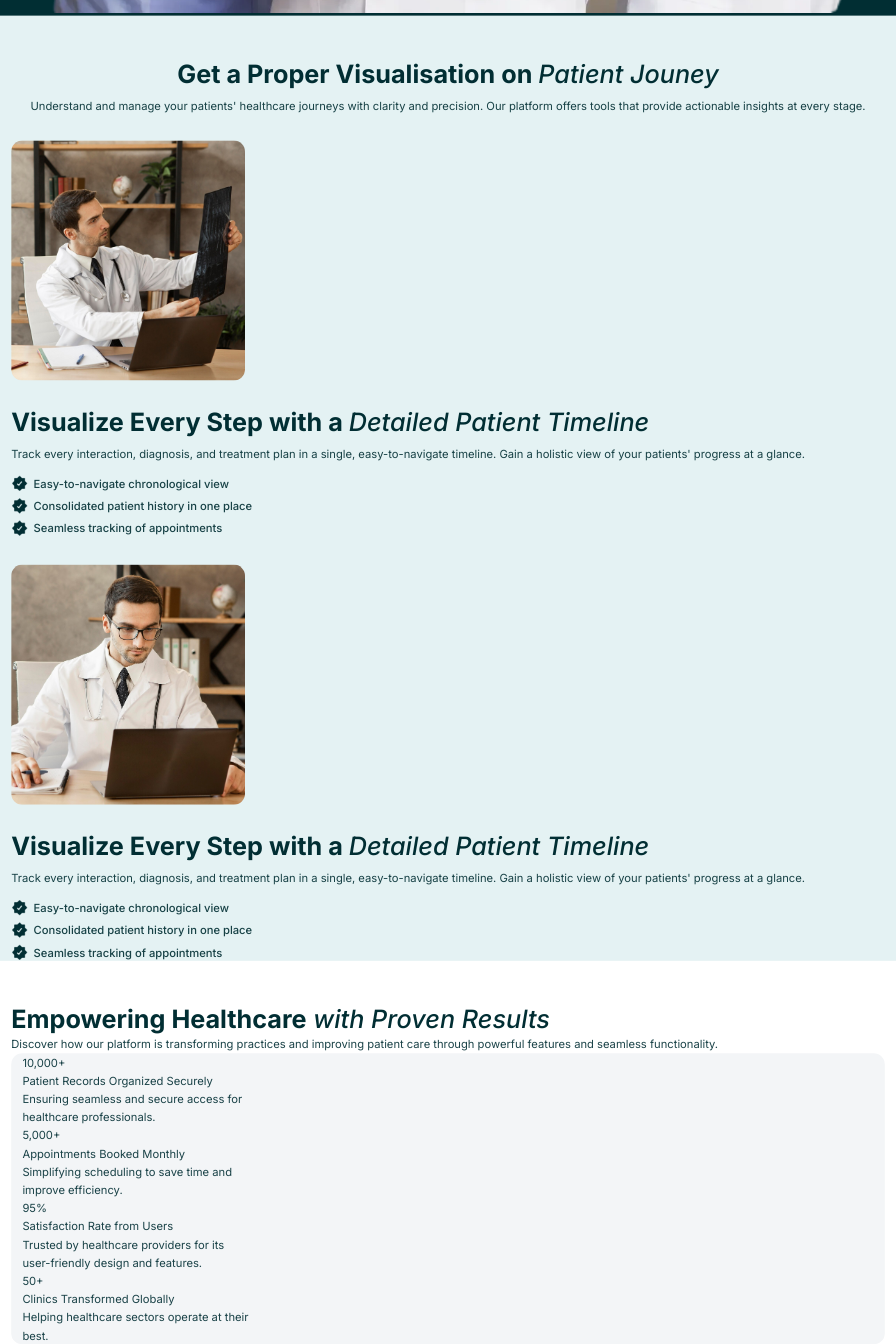
Repository: DiegoWWeege/recuperacao-prova-front-end
Page: index.html
An editor plug-in stored every save of this project. The page is shown before and after the next save, followed by the edit.
The browser window is 1280 px wide. The pictures show the part of the page from y = 1392 to 3312 px (the page is 3312 px tall), at 70% of full size.

Above is the page before, as saved 2026-06-22 18:51:19.

### index.html
<!DOCTYPE html>
<html lang="pt-br">
<head>
    <meta charset="UTF-8">
    <meta name="viewport" content="width=device-width, initial-scale=1.0">
    <title>ERTIFY HEALTH</title>
    <link rel="stylesheet" href="style.css">
</head>
<body>

    <!--Cabeçalho da Lading Page-->

    <header>
        <img src="images/logo.png" alt="Ertify Health logo">

        <section>
        <button aria-label = "Get Started" class = "get-started-button">Get Started</button>

            <img src="icons/burguer-menu.png" alt="Burguer menu">
        </section>
    </header>

    <!--Conteúdo principal da Lading Page-->
    <main class = "hero-section">

        <section>
            <h1>Simple & Secure Patient <span>Management</span></h1>
            <!-- Foi dado um espaço na palavra &amp, pois quando junta apresentava erro no html!-->
            <p>CERTIFY’s platform automates intake & amp; check-in processes
            so you can put the focus back on delivering quality care.</p>
        </section>

        <section id = "buttons-section">
            <button  aria-label = "Get Started" class = "get-started-button">Get Started</button>
            <button aria-label = "Play demo" class = "play-demo-button">Play Demo</button>
        </section>

        <img src="images/three-doctors.png" alt="Three doctors">
    </main>



    <section class = "section-patient-journey">
        <h2>Get a Proper Visualisation on <span>Patient Jouney</span></h2>

        <p>Understand and  manage your patients' healthcare journeys with
            clarity and precision. Our platform offers tools that provide
            actionable insights at every stage.</p>


        <section class = "image-text-benefits">

            <img src="images/doctor-xray.png" alt="A doctor sitting in his desk looking at an x-ray">

            <h2>Visualize Every Step with a <span>Detailed Patient Timeline</span></h2>

            <p>Track every interaction, diagnosis, and treatment
                plan in a single, easy-to-navigate
                timeline. Gain a holistic view of your patients'
                progress at a glance.</p>

            <section class = "benefits-grid">

                <img src="icons/checkmark-badge-02.png" alt="">
                <p class = "benefit">Easy-to-navigate chronological view</p>

                <img src="icons/checkmark-badge-02.png" alt="">
                <p class = "benefit">Consolidated patient history in one place</p>

                <img src="icons/checkmark-badge-02.png" alt="">
                <p class = "benefit">Seamless tracking of appointments</p>

            </section>

        </section>

        <section class = "image-text-benefits">

            <img src="images/doctor-laptop.png" alt="A doctor sitting in his desk looking at an x-ray">

            <h2>Visualize Every Step with a <span>Detailed Patient Timeline</span></h2>

            <p>Track every interaction, diagnosis, and treatment
                plan in a single, easy-to-navigate
                timeline. Gain a holistic view of your patients'
                progress at a glance.</p>

            <section class = "benefits-grid">

                <img src="icons/checkmark-badge-02.png" alt="">
                <p class = "benefit">Easy-to-navigate chronological view</p>

                <img src="icons/checkmark-badge-02.png" alt="">
                <p class = "benefit">Consolidated patient history in one place</p>

                <img src="icons/checkmark-badge-02.png" alt="">
                <p class = "benefit">Seamless tracking of appointments</p>

            </section>

        </section>

    </section>

    <section class = "section-empowering-healthcare">
        <h2>Empowering Healthcare<span> with Proven Results</span></h2>

        <p>Discover how our platform is transforming practices and improving
            patient care through powerful features and seamless functionality.</p>

        <section class = "boxes-grid">
            <section class = "first-box">
                <p>10,000+</p>
                <p>Patient Records Organized Securely</p>

                <p>Ensuring seamless and secure access for healthcare professionals.</p>
            </section>

            <section class = "second-box">
                <p>5,000+</p>
                <p>Appointments Booked Monthly</p>

                <p>Simplifying scheduling to save time and improve efficiency.</p>
            </section>

            <section class = "third-box">
                <p>95%</p>
                <p>Satisfaction Rate from Users</p>

                <p>Trusted by healthcare providers for its user-friendly design and features.</p>
            </section>

            <section class = "fourth-box">
                <p>50+</p>
                <p>Clinics Transformed Globally</p>

                <p>Helping healthcare sectors operate at their best.</p>
            </section>
        </section>

    </section>
</body>
</html>

### style.css
@import url('https://fonts.googleapis.com/css2?family=Inter:ital,opsz,wght@0,14..32,100..900;1,14..32,100..900&family=Roboto:ital,wght@0,100..900;1,100..900&display=swap');

*{
    margin: 0px;
    padding: 0px;
    font-family: 'Inter', sans-serif;
}

img{
    object-fit: cover;
}

header{
    background-color: #012E33;
    width: 100vw;
    border-bottom: 1px solid #1A4347;
    display: grid;
    grid-template-columns: 1fr auto;
    align-items: center;
    padding: 1rem;
    box-sizing: border-box;
}

.get-started-button{
    background-color: #0EB770;
    color: white;
    font-size: 1rem;
    font-weight: 500;
    border-radius: 100px;
    height: 2.5rem;
    width: 8.063rem;
    border-style: none;
    justify-self: end;

}

header section{
    display: grid;
    grid-template-columns:auto auto;
    align-items: center;
    gap: 1rem;
}

.hero-section{
    background-color: #012E33;
    padding-top: 4.313rem;
    box-sizing: border-box;
}

.hero-section h1{
    font-family: "Inter" , sans-serif;
    font-size: 2.75rem;
    font-weight: 700;
    color: white;
    margin-bottom: 0.75rem;
    margin-left: 1.375rem;
    margin-right: 0.625rem;

}

.hero-section span{
    font-weight: 400;
    font-family: "Inter" , sans-serif;
    font-style: italic;
}

.hero-section p{
    color: rgba(255, 255, 255, 0.904);
    line-height: 1.625rem;
    margin-bottom: 4.313rem;
    margin-left: 1.375rem;
    margin-right: 0.625rem;
}

.hero-section #buttons-section button{
    width: 21.438rem;
    height: 3.5rem;
    margin-left: 1.375rem;
    margin-right: 0.625rem;
}

.hero-section #buttons-section .get-started-button{
    margin-bottom: 1rem;
}

.hero-section #buttons-section .play-demo-button{
    border: 1px solid #044046;
    border-radius: 100px;
    background: none;
    color: white;
    align-items: center;
    font-weight: 500;
    font-size: 16px;
}

.hero-section img{
    width: 100vw;
    margin-top: 2rem;
}

.section-patient-journey{
    background-color: #E4F2F3;
    padding-left: 1rem;
    padding-right: 1rem;
    padding-top: 3.75rem;
}

.section-patient-journey h2{
    font-family: "Inter" , sans-serif;
    font-weight: 700;
    font-size: 36px;
    line-height: 46px;
    color: #012E33;
    text-align: center;
}

.section-patient-journey span{
    font-weight: 500;
    font-style: italic;
}

.section-patient-journey p{
    color: #012e33e7;
    font-weight: 400;
    text-align: center;
    margin-top: 0.75rem;
}

.section-patient-journey img{
    height: 21.438rem;
    width: 20.875rem;
    border-radius: 1rem;
    margin-top: 2.5rem;
    margin-bottom: 2rem;
}

.section-patient-journey .image-text-benefits h2{
    text-align: start;
}

.section-patient-journey .image-text-benefits p{
    text-align:  start;
}

.image-text-benefits .benefits-grid{
    display: grid;
    grid-template-columns: auto 1fr;
    gap: 0.5rem;
    margin-top: 1.313rem;

}

.image-text-benefits .benefits-grid img{
    width: 1.5rem;
    height: 1.5rem;
    margin: 0px;

}

.image-text-benefits .benefits-grid p{
    margin: 0px;
    align-self: center;
    font-weight: 500;
}

.section-empowering-healthcare h2{
    margin-top: 3.75rem;
    margin-left: 1rem;
    margin-bottom: 0,75rem;
    font-family: "Inter" , sans-serif;
    font-weight: 700;
    line-height: 46px;
    font-size: 36px;
    color: #012E33;
}

.section-empowering-healthcare span {
    font-weight: 500;
    font-style: italic;
}

.section-empowering-healthcare p{
    margin-left: 1rem;
    font-family: "Inter" , sans-serif;
    font-weight: 400;
    font-size: 16px;
    line-height: 26px;
    color: #012E33E5;

}
.section-empowering-healthcare .boxes-grid{
    display: grid;
    grid-template-columns: 21.438rem;
    background-color: #F3F5F7;
    border-radius: 16px;
    margin-left: 1rem;
    margin-right: 1rem;


}

After the next save:
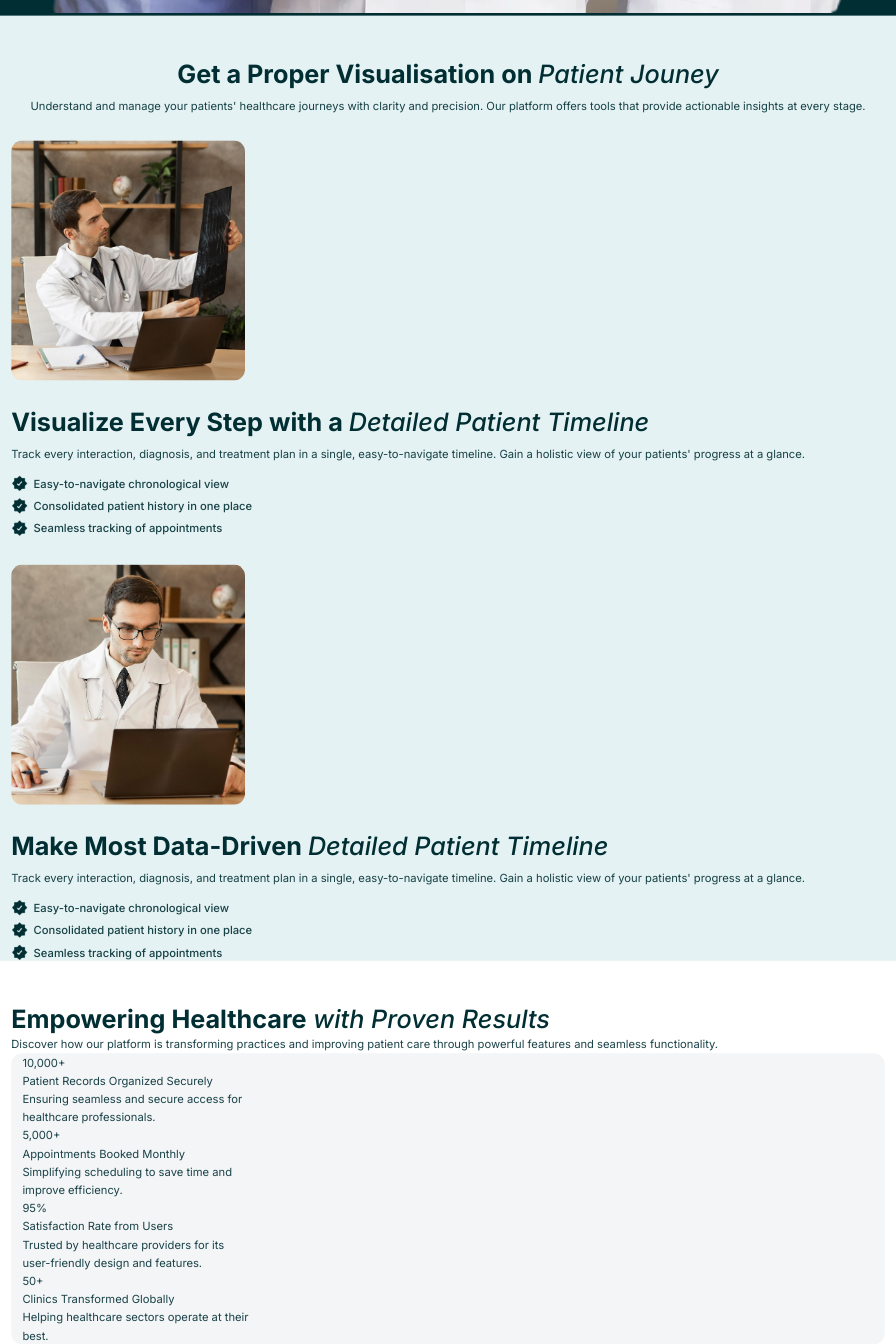
Saved 2 s later.
--- a/index.html
+++ b/index.html
@@ -78,7 +78,7 @@
 
             <img src="images/doctor-laptop.png" alt="A doctor sitting in his desk looking at an x-ray">
 
-            <h2>Visualize Every Step with a <span>Detailed Patient Timeline</span></h2>
+            <h2>Make Most Data-Driven <span>Detailed Patient Timeline</span></h2>
 
             <p>Track every interaction, diagnosis, and treatment
                 plan in a single, easy-to-navigate
